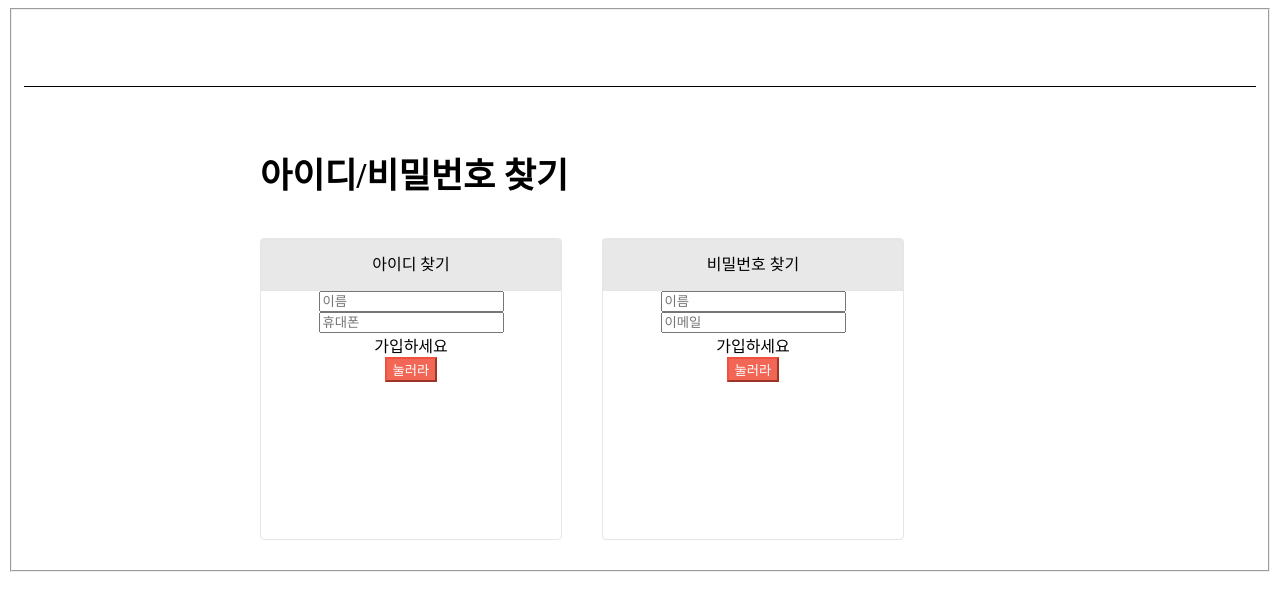
Repository: agheha/trillion
Page: YH/study_project/html/find.html
The author's editor kept a copy of each file at every save. The page is drawn from the files as they stood at one save, then again after the next save.
The browser window is 1280 px wide. The pictures show the whole page.

Above is the page before, as saved 2019-09-05 09:24:40.

### YH/study_project/html/find.html
<!DOCTYPE html>
<html lang="en">
<head>
    <meta charset="UTF-8">
    <meta name="viewport" content="width=device-width, initial-scale=1.0">
    <meta http-equiv="X-UA-Compatible" content="ie=edge">
    <title>Document</title>
    <link rel="stylesheet" href="./../css/find.css">
</head>
<body>
    <fieldset>
        <form action="">
            <div class="nav"></div>
            <div class="main">
                <div class="title">
                    아이디/비밀번호 찾기
                </div>
                <div class="find">
                    <div class="find-item">
                        <div class="find-item-title">
                            아이디 찾기
                        </div>
                        <div class="find-item-inputbox">
                            <input type="text" placeholder="이름">
                        </div>
                        <div class="find-item-inputbox">
                            <input type="text" placeholder="휴대폰">
                        </div>
                        <div class="find-item-msg">
                            가입하세요
                        </div>
                        <button class="find-item-button">
                            눌러라
                        </button>
                    </div>
                    <div class="find-item">
                        <div class="find-item-title">
                            비밀번호 찾기
                        </div>
                        <div class="find-item-inputbox" >
                            <input type="text"placeholder="이름">
                        </div>
                        <div class="find-item-inputbox">
                            <input type="text" placeholder="이메일">
                        </div>
                        <div class="find-item-msg">
                            가입하세요
                        </div>
                        <button class="find-item-button">
                            눌러라
                        </button>
                    </div>
                </div>
            </div>
        </form>
    </fieldset>
</body>
</html>

### YH/study_project/css/find.css
.nav {
    height : 70px;
    border-bottom: 1px solid black;
}
.title {
    font-size : 35px;
    font-weight: bold;
    margin: 20px;
}
.main {
    width : 800px;
    margin : 0 auto;
    margin-top : 60px;
}
.find {
    display: flex;
}
.find-item {
    width: 300px;
    height: 300px;
    border : 1px solid #E6E6E6;
    margin : 20px;
    border-radius: 4px;
    text-align: center;
}
.find-item-title {
    font-size: 1.0rem;
    background: #E8E8E8;
    border : 1px solid #E6E6E6;
    height: 50px;
    line-height: 50px;
}

.find-item-button {
    color : #fff;
    background-color : #f26656;
    background-image : none;
    border-color : #f0513e;
}

After the next save:
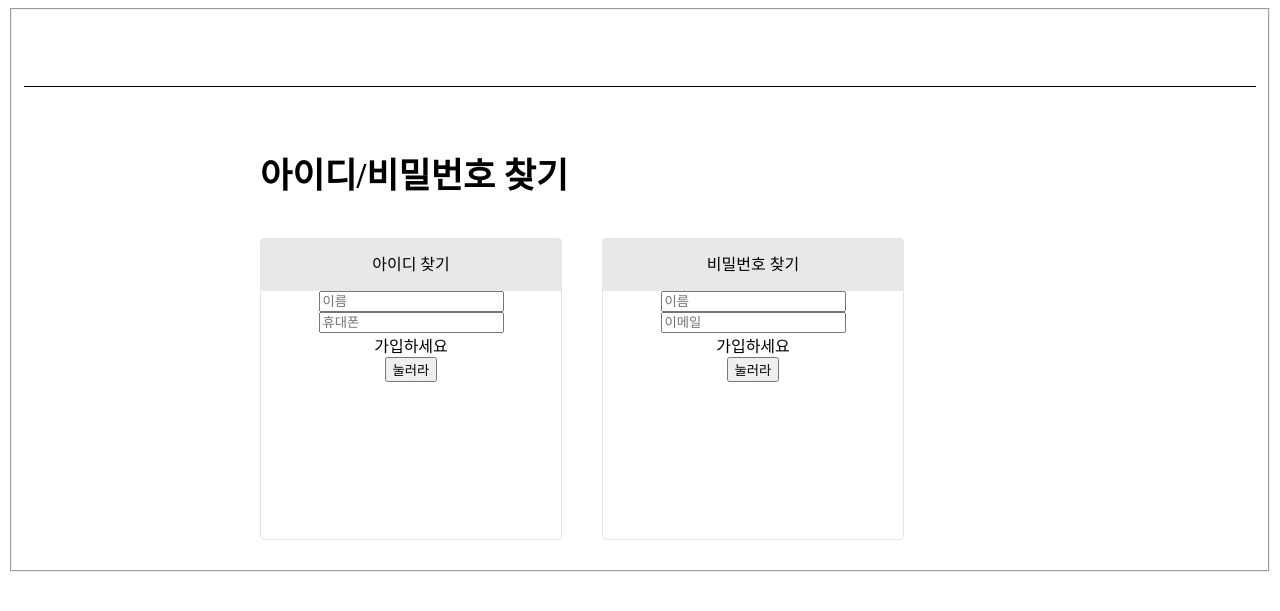
Saved 32 s later.
--- a/YH/study_project/css/find.css
+++ b/YH/study_project/css/find.css
@@ -30,7 +30,7 @@
     height: 50px;
     line-height: 50px;
 }
-
+.find-item-
 .find-item-button {
     color : #fff;
     background-color : #f26656;

After the save that followed:
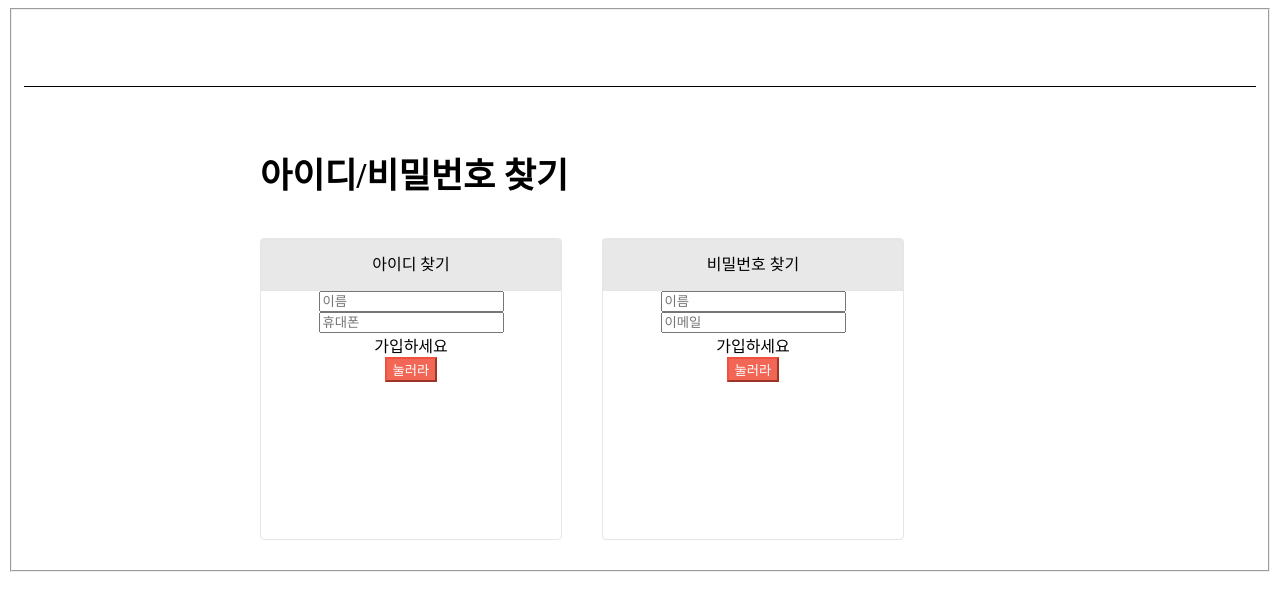
Saved 10 s later.
--- a/YH/study_project/css/find.css
+++ b/YH/study_project/css/find.css
@@ -30,7 +30,9 @@
     height: 50px;
     line-height: 50px;
 }
-.find-item-
+.find-item-msg {
+
+}
 .find-item-button {
     color : #fff;
     background-color : #f26656;
